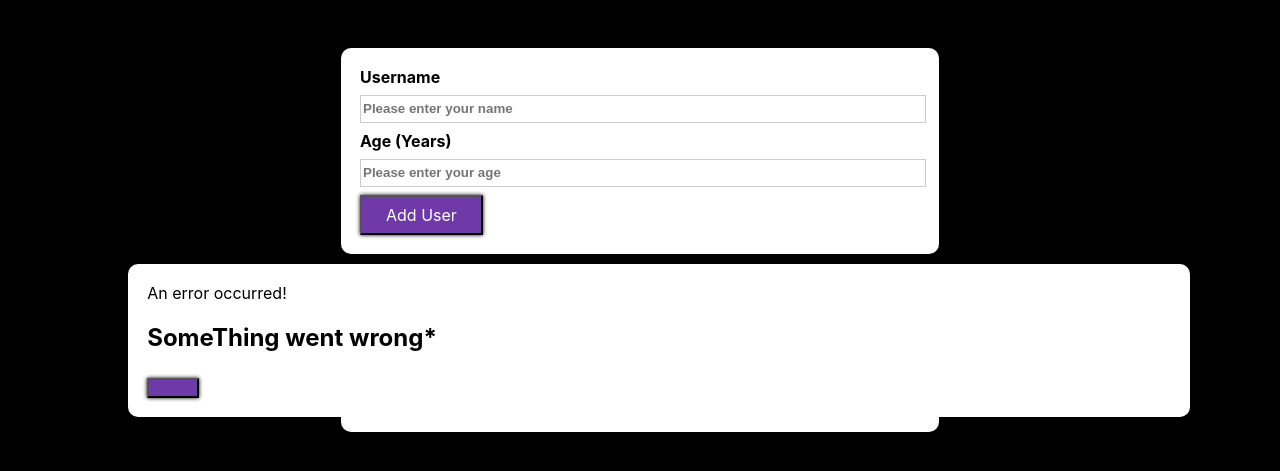
Repository: NamalPathirana/section-eight
Page: /
The author's editor kept a copy of each file at every save. The page is drawn from the files as they stood at one save, then again after the next save.
The browser window is 1280 px wide. The pictures show the whole page.
The project was rebuilt for these pictures with package versions that can differ from the ones it lists, and the page was loaded fresh each time. Also part of the build but not shown: src/App.module.css.

Above is the page before, as saved 2021-12-04 14:09:42.

### src/index.css
body {
  margin: 0;
  padding: 0%;
  height: 100%;
  width: 100%;
  display: flex;
  flex-direction: column;
  background-color: black;
  font-family: -apple-system, BlinkMacSystemFont, 'Segoe UI', 'Roboto', 'Oxygen',
    'Ubuntu', 'Cantarell', 'Fira Sans', 'Droid Sans', 'Helvetica Neue',
    sans-serif;
  -webkit-font-smoothing: antialiased;
  -moz-osx-font-smoothing: grayscale;
}

code {
  font-family: source-code-pro, Menlo, Monaco, Consolas, 'Courier New',
    monospace;
}

### src/App.js
import styles from "./App.module.css";
import react, { useState } from "react";
import UserInput from "./Components/UserInput/UserInput";
import UserList from "./Components/UserList/UserList";
import Card from "./UI/Card/Card";

function App() {
  const [listOfEntries, SetListOfEntries] = useState([
    { key: 0, name: "Dave", age: "000" },
    { key: 1, name: "looper", age: "29" },
  ]);

  const UserEntryCallbackHandler = (props) => {
    SetListOfEntries((prevListOfEntries) => {
      const tempList = [...prevListOfEntries];
      tempList.unshift({
        key: Math.random(),
        name: props.name,
        age: props.age,
      });
      return tempList;
    });
    console.log(listOfEntries);
  };

  const entryDeletionCallback = (entryKey) => {
    SetListOfEntries((perEntry) => {
      const updatedEntries = perEntry.filter((entry) => {
        return entry.key !== entryKey;
      });
      return updatedEntries;
    });
  };

  let UserInfoSegment = <Card><h3 className={styles.block}>No Entries Exists To Display</h3></Card>;

  if (listOfEntries.length > 0) {
    UserInfoSegment = (
      <UserList
        items={listOfEntries}
        deletionHandler={entryDeletionCallback}
      ></UserList>
    );
  }

  return (
    <div className="App">
      <section>
        <UserInput onUserEntry={UserEntryCallbackHandler}></UserInput>
      </section>
      <section>
      {UserInfoSegment}
      </section>
    </div>
  );
}

export default App;

### src/Components/UserInput/UserInput.js
import Button from "../../UI/Button/Button";
import styles from "./UserInput.module.css";
import { useState } from "react";
import Card from "../../UI/Card/Card";
import ErrorModal from "../../UI/ErrorModal/ErrorModal";

const UserInput = (props) => {
  const userEntry = { key: 0, name: "lol", age: "25" };

  const [username, SetUserName] = useState("");
  const [age, SetAge] = useState("");
  const [isValid, SetIsValid] = useState(true);

  const NameInputHandler = (props) => {
    SetUserName(props.target.value);

    if (props.target.value.length > 0) {
      SetIsValid(true);
    }
    // console.log('[UserInput.js / userName : ]'+username)
  };

  const AgeInputHandler = (props) => {
    SetAge(props.target.value);
    if (props.target.value.length > 0) {
      SetIsValid(true);
    }
    // console.log('[UserInput.js / userName : ]'+age);
  };

  const FormSubmitHandler = (event) => {
    event.preventDefault();

    if (username.length === 0) {
      SetIsValid(false);
      return;
    }
    if(+age<1){
        SetIsValid(false);
        return;
    }

    userEntry.key = Math.random();
    userEntry.name = username;
    userEntry.age = age;

    props.onUserEntry(userEntry);

    SetUserName("");
    SetAge("");
  };

  return (
    <div>
    <ErrorModal title="An error occurred!" message='SomeThing went wrong*'></ErrorModal>
    <Card>
      <form onSubmit={FormSubmitHandler}>
        <div className={styles.frame}>
          <label className={`${!isValid ? styles.inValid : ""}`}>
            Username
          </label>
          <input
            placeholder="Please enter your name"
            type="text"
            onChange={NameInputHandler}
            className={!isValid ? styles.inValid : ""}
            value={username}
          />
          <label className={`${!isValid ? styles.inValid : ""}`}>
            Age (Years)
          </label>
          <input
            placeholder="Please enter your age"
            type="number"
            max="120"
            maxLength="2"
            min="12"
            onChange={AgeInputHandler}
            value={age}
            className={`${!isValid ? styles.inValid : ""}`}
          />
          <Button name="Add User" type="submit"></Button>
        </div>
      </form>
    </Card>
    </div>
  );
};

export default UserInput;

### src/Components/UserList/UserList.js
import styles from './UserList.module.css';
import UserListItem from '../UserListItem/UserListItem'
import Card from '../../UI/Card/Card';


const UserList = (props) => {

    const listUserItems = props.items.map(row=>{
        return  <UserListItem key={row.key} name={row.name} age={row.age} clicked={()=>{props.deletionHandler(row.key)}}/>;
    });

    return(
        <Card>
        <div className={styles.frame}>
           {listUserItems}
        </div>
        </Card>
    );
}

export default UserList;

### src/UI/Card/Card.js
import styles from './Card.module.css';

const Card = (props) => {

    return (<div className={`${styles.card} ${props.className}`}>
        {props.children}
    </div>);

}

export default Card;

### src/UI/Button/Button.js
import styles from "./Button.module.css";

const Button = (props) => {
  return <button className={styles.button} type={props.type || 'button'}>{props.name}</button>;
};

export default Button;

### src/Components/UserInput/UserInput.module.css
.frame{

}

.frame input{
    display: block;
    font-weight: bold;
    border: 1px solid #ccc;
    line-height: 1.5rem;
    padding: 100 0.25rm;
    width: 100%;
    margin-bottom: 0.5rem;
}

.frame input:hover{
    border: 1px solid rgb(49, 45, 45);
}

label.inValid {
    color: red;
}

input.inValid {
    background-color: rgb(233, 161, 161);
    border: 1px solid red;
 }

.frame label{
    display: block;
    align-content: flex-start;
    font-weight: bold;
    margin-bottom: 0.5rem;
}

### src/UI/ErrorModal/ErrorModal.js
import styles from "./ErrorModal.module.css";
import Card from "../Card/Card";
import Button from "../Button/Button"

const ErrorModal = (props) => {
  return (
    <Card className={styles.modal}>
      <header className={styles.header} >{props.title}</header>
      <h2 className={styles.message}>{props.message}</h2>
      <footer className={styles.footer}><Button>Close</Button></footer>
    </Card>
  );
};

export default ErrorModal;

### src/Components/UserList/UserList.module.css
.frame{

}

### src/Components/UserListItem/UserListItem.js
import styles from './UserListItem.module.css';


const UserListItem = (props) => {

    return(
        <div className={styles.list_item} onClick={props.clicked}>
            <h3>{props.name} ({props.age} Years Old)</h3>
        </div>
    );
}

export default UserListItem;

### src/UI/Card/Card.module.css
.card{
    margin: 0.5rem 0.5rem;
    padding: 1.2rem 1.2rem;
    width: 35rem;
    max-width: 90%;
    margin: 3rem auto;
    background-color: white;
    border-radius: 10px;
}

### src/UI/Button/Button.module.css
.button{
    font: inherit;
    padding: 0.5rem 1.5rem;
    background-color: rgb(112, 57, 168);
    color:white;
    box-shadow: 0 0 4px black;
    cursor: pointer;
    width: auto;
}

.button:focus{
    outline: none;
}

.button:hover,.button:active{
    background-color: rgb(185, 140, 231);
    border-color: rgb(185, 140, 231);
    box-shadow: 0 0 8px black;
}

### src/UI/ErrorModal/ErrorModal.module.css
.modal{
    position: fixed;
    top:30vh;
    left: 10%;
    width: 80%;
    z-index: 100;
    overflow: hidden;
}

### src/Components/UserListItem/UserListItem.module.css
.list_item{
    border: 1px solid gray;
    display: block;
    padding: 0.5rem 0.3rem;
    margin: 3px 0px;

}

.list_item:hover{
    background-color: antiquewhite;
}

.list_item:active{
    background-color: rgb(251, 199, 199);
}


.list_item h3{
    margin: 0px;
}

Loaded but not shown: public/index.html (common file); src/index.js (common file); src/reportWebVitals.js (common file)

After the next save:
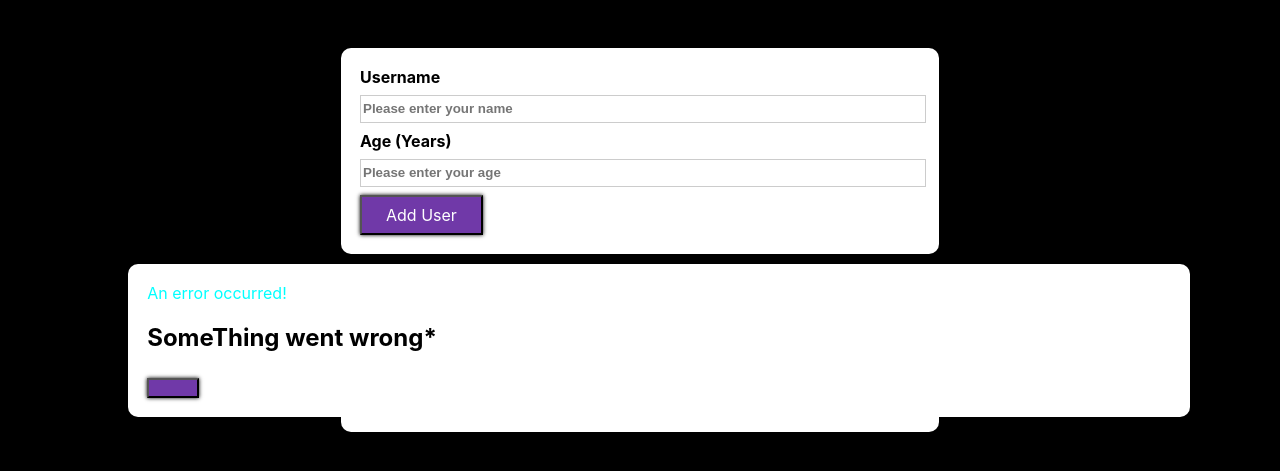
Saved 40 s later.
--- a/src/UI/ErrorModal/ErrorModal.module.css
+++ b/src/UI/ErrorModal/ErrorModal.module.css
@@ -6,3 +6,7 @@
     z-index: 100;
     overflow: hidden;
 }
+
+.header{
+    color: aqua;
+}
